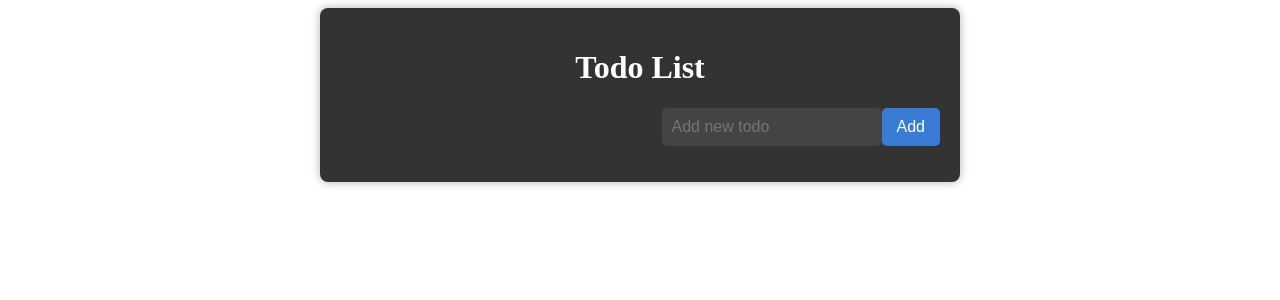
Repository: Tobby004/Todo-assignment
Page: / (app in todo-list-app/)
The author's editor kept a copy of each file at every save. The page is drawn from the files as they stood at one save, then again after the next save.
The browser window is 1280 px wide. The pictures show the whole page.
The project was rebuilt for these pictures with package versions that can differ from the ones it lists, and the page was loaded fresh each time. Also part of the build but not shown: todo-list-app/vue.config.js.

Above is the page before, as saved 2023-12-06 16:47:13.

After the next save:
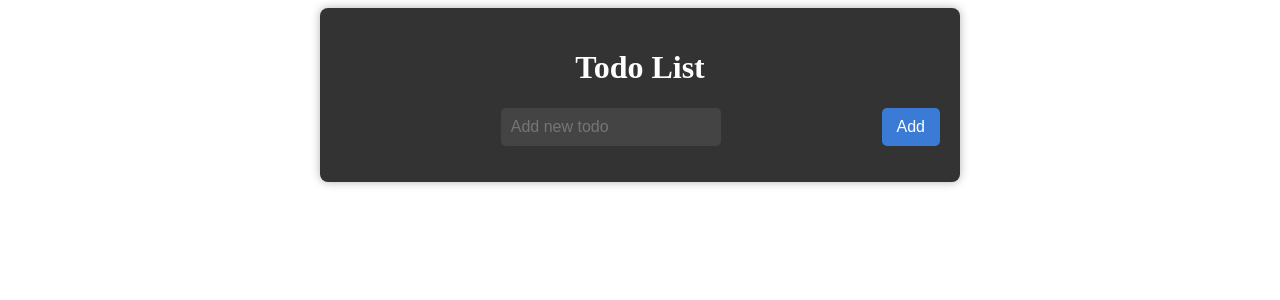
Saved 21 s later.
--- a/todo-list-app/src/App.vue
+++ b/todo-list-app/src/App.vue
@@ -89,7 +89,7 @@ h1 {
   background-color: #444;
   color: #eee;
   margin-left: auto;
-  margin-left: auto;
+  margin-right: auto;
 }
 
 .add-button {
